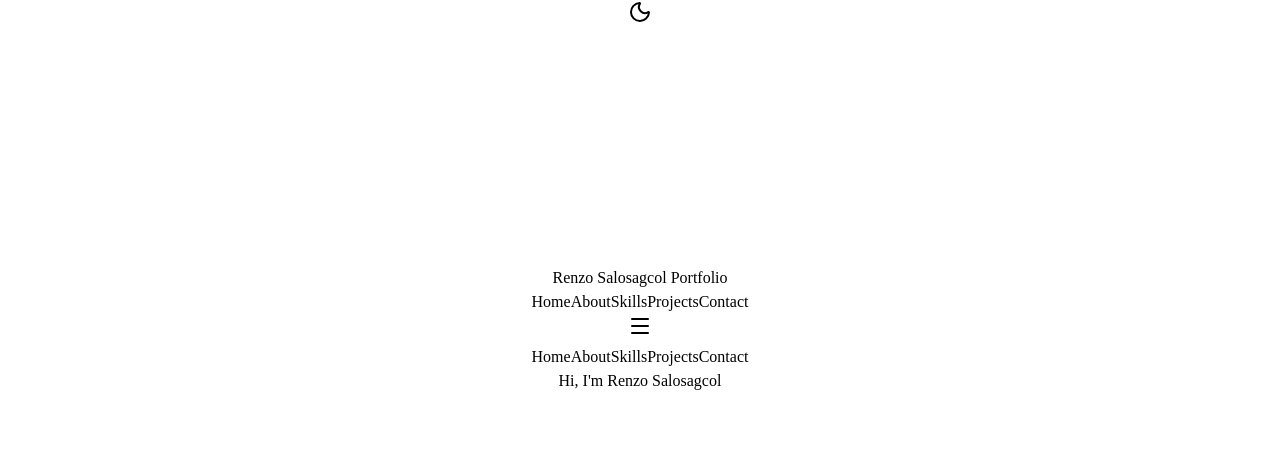
Repository: Renzo-Salosagcol/PERSONAL-PORTFOLIO
Page: /
An editor plug-in stored every save of this project. The page is shown before and after the next save, followed by the edit.
The browser window is 1280 px wide. The pictures show the whole page.
The project was rebuilt for these pictures with package versions that can differ from the ones it lists, and the page was loaded fresh each time. Also part of the build but not shown: vite.config.js, src/pages/notFound.jsx.

Above is the page before, as saved 2025-10-03 22:28:06.

### src/index.css
@import "tailwindcss";

@theme {
  --color-border: hsl(var(--border));
  --color-background: hsl(var(--background));
  --color-foreground: hsl(var(--foreground));

  --color-primary: hsl(var(--primary));
  --color-primary-foreground: hsl(var(--primary-foreground));

  --color-card: hsl(var(--card));

  --animate-float: float 6s ease-in-out infinite;
  --animate-pulse-subtle: pulse-subtle 4s ease-in-out infinite;
  --animate-fade-in: fade-in 0.7s ease-out forwards;
  --animate-fade-in-delay-1: fade-in 0.7s ease-out 0.2s forwards;
  --animate-fade-in-delay-2: fade-in 0.7s ease-out 0.4s forwards;
  --animate-fade-in-delay-3: fade-in 0.7s ease-out 0.6s forwards;
  --animate-fade-in-delay-4: fade-in 0.7s ease-out 0.8s forwards;
  --animate-meteor: meteor 5s linear infinite;
}

@keyframes float {
  0%,
  100% {
    transform: translateY(0);
  }
  50% {
    transform: translateY(-10px);
  }
}

@keyframes pulse-subtle {
  0%,
  50% {
    opacity: 0.8;
  }
  100% {
    opacity: 1;
  }
}

@keyframes fade-in {
  from {
    opacity: 0;
    transform: translateY(20px);
  }
  to {
    opacity: 1;
    transform: translateY(0);
  }
}

@keyframes meteor {
  0% {
    transform: rotate(215deg) translateX(0);
    opacity: 1;
  }
  70% {
    opacity: 1;
  }
  100% {
    transform: rotate(215deg) translateX(-500px) ;
    opacity: 0;
  }
}

@layer base {
  :root {
    --background: 210 40% 98%;
    --foreground: 222 47% 11%;

    --card: 0 0% 100%;

    --primary: 259 47% 60%;
    --primary-foreground: 210 40% 98%;

    --border: 214 32% 91%;
  }

  .dark {
    --background: 222 47% 4%;
    --foreground: 213 31% 91%;

    --card: 222 47% 8%;

    --primary: 250 65% 65%;
    --primary-foreground: 213 31% 91%;

    --border: 217 33
  }

    * {
      @apply border-border;
    }

    html {
      @apply scroll-smooth;
    }

    body {
      @apply bg-background text-foreground transition-colors duration-300;
      font-feature-settings: "rlig" 1, "calt" 1;
    }
}

@utility container {
  margin-inline: auto;
  padding-inline: 2rem;

  @media (width >= 640px) {
    max-width: 640px;
  }

  @media (width >= 768px) {
    max-width: 768px;
  }

  @media (width >= 1024px) {
    max-width: 1024px;
  }

  @media (width >= 1280px) {
    max-width: 1280px;
  }

  @media (width >= 1400px) {
    max-width: 1400px;
  }

}

@utility text-glow {
  @apply relative;
  text-shadow: 0 0 10px rgb(167, 139, 250, 0.5);
}

@utility card-hover {
  @apply transition-transform duration-300 hover:scale-[1.02] hover:shadow-lg;
}

@utility gradient-border {
  @apply relative rounded-md;
  background: linear-gradient(to right, hsl(var(--card)));
  background-clip: padding-box;
  border: 1px solid transparent;
}

@utility cosmic-button {
  @apply px-5 py-2 rounded-full bg-primary text-primary-foreground font-medium
  transition-all duration-300 hover:shadow-[0_0_10px_rgba(139,92,246,0.5)]
  hover:scale-105 active:scale-95;
}

@utility star {
  @apply absolute bg-white rounded-full;
  box-shadow: 0 0 10px 2px rgba(255, 255, 255, 0.4);
}

@utility meteor {
  @apply absolute bg-linear-to-r from-white to-transparent rounded-full;
  box-shadow: 0 0 10px 5px rgba(255, 255, 255, 0.3);
}

#root {
  max-width: 100%;
  margin: 0 auto;
  padding: 0;
  text-align: center;
}

### src/App.jsx
import { BrowserRouter, Routes, Route } from "react-router-dom"
import { Home } from "./pages/home"
import { NotFound } from "./pages/notFound"

function App() {
  return (
    <>
      <BrowserRouter>
        <Routes>
          <Route index element={<Home />} />
          <Route path="*" element={<NotFound />} />
        </Routes>
      </BrowserRouter>
    </>
  );
}

export default App

### src/pages/home.jsx
import { ThemeToggle } from "../components/ThemeToggle"
import { StarBackground } from "../components/StarBackground"
import { Navbar } from "../components/Navbar"
import { HeroSection } from "../components/HeroSection"


export const Home = () => {
  return (
    <div className="min-h-screen bg-background text-foreground overflow-x-hidden">
      {/* Theme Toggle */}
      <ThemeToggle />

      {/* Background Effects */}
      <StarBackground />

      {/* Navbar */}
      <Navbar />

      {/* Main Content */}
      <main>
        <HeroSection />
      </main>

      {/* Footer */}
    </div>
  )
}

### src/components/ThemeToggle.jsx
import { useState, useEffect } from "react"
import { Sun, Moon } from "lucide-react"
import { cn } from "@/lib/utils"

export const ThemeToggle = () => {
  const [isDark, setIsDark] = useState(false)

  useEffect(() => {
    const theme = localStorage.getItem("theme")
    if (theme) {
      setIsDark(theme === "dark")
      document.documentElement.classList.toggle("dark", theme === "dark")
    }
  }, [])

  const toggleTheme = () => {
    setIsDark(!isDark)
    document.documentElement.classList.toggle("dark", !isDark)
    localStorage.setItem("theme", !isDark ? "dark" : "light")
  }

  return (
    <button
      onClick={toggleTheme}
      className={cn("fixed max-sm:hidden top-5 right-5 z-50 p-2 rounded-full",
        "transition-color duration-300 focus:outline-hidden"
      )}
    >
      {isDark ? (
        <Sun className="h-6 w-6 text-yellow-300" />
      ) : (
        <Moon className="h-6 w-6 text-blue-900" />
      )}
    </button>

  )
}

### src/components/StarBackground.jsx
import { useState, useEffect } from "react"

// ID, Size, X, Y, Opacity, Animation Duration

export const StarBackground = () => {
  const [stars, setStars] = useState([])
  const [meteors, setMeteors] = useState([])

  useEffect(() => {
    generateStars()
    generateMeteors()

    const handleResize = () => {
      generateStars()
      generateMeteors()
    }

    window.addEventListener("resize", handleResize)
    return () => window.removeEventListener("resize", handleResize)
  }, [])

  const generateStars = () => {
    const numberOfStars = Math.floor(window.innerWidth * window.innerHeight / 10000)

    const newStars = []
    for (let i = 0; i < numberOfStars; i++) {
      newStars.push({
        id: i,
        size: Math.random() * 3 + 1,
        x: Math.random() * 100,
        y: Math.random() * 100,
        opacity: Math.random() * 0.5 + 0.5,
        animationDuration: Math.random() * 4 + 2
      })
    }

    setStars(newStars)
  }

  const generateMeteors = () => {
    const numberOfMeteors = 4
    const newMeteors = []

    for (let i = 0; i < numberOfMeteors; i++) {
      newMeteors.push({
        id: i,
        size: Math.random() * 2 + 1,
        x: Math.random() * 100,
        y: Math.random() * 20,
        delay: Math.random() * 15,
        animationDuration: Math.random() * 3 + 3
      })
    }

    setMeteors(newMeteors)
  }

  return (
    <div className="fixed inset-0 overflow-hidden pointer-events-none z-0">
      {stars.map((star) => (
        <div key={star.id} className="star animate-pulse-subtle" style={{
          width: `${star.size}px`,
          height: `${star.size}px`,
          top: `${star.y}%`,
          left: `${star.x}%`,
          opacity: star.opacity,
          animationDuration: `${star.animationDuration}s`
        }}/>
      ))}

      {meteors.map((meteor) => (
        <div key={meteor.id} className="meteor animate-meteor" style={{
          width: `${meteor.size * 50}px`,
          height: `${meteor.size * 2}px`,
          top: `${meteor.y}%`,
          left: `${meteor.x}%`,
          animationDelay: meteor.delay,
          animationDuration: `${meteor.animationDuration}s`
        }}/>
      ))}
    </div>
    )
}

### src/components/Navbar.jsx
import { useState, useEffect } from 'react'
import { cn } from '@/lib/utils'
import { Menu, X } from 'lucide-react'

const navItems = [
  { name: 'Home', href: '#home' },
  { name: 'About', href: '#about' },
  { name: 'Skills', href: '#skills' },
  { name: 'Projects', href: '#projects' },
  { name: 'Contact', href: '#contact' },
]

export const Navbar = () => {
  const [isScrolled, setIsScrolled] = useState(false)
  const [isMenuOpen, setIsMenuOpen] = useState(false)

  useEffect(() => {
    const handleScroll = () => {
      setIsScrolled(window.scrollY > 10)
    }

    window.addEventListener('scroll', handleScroll)
    return () => {
      window.removeEventListener('scroll', handleScroll)
    }
  }, [])

  return (
    <nav className={cn("fixed w-full z-40 transition-all duration-300",
      isScrolled ? "py-3 bg-background/80 backdrop-blur-md shadow-xs" : "py-5"
    )}>
      <div className="container flex items-center justify-between">
        <a className="text-xl font-bold text-primary flex items-center" href="#hero">
          <span className="relative z-10">
            <span className="text-glow text-foreground"> Renzo Salosagcol </span> Portfolio
          </span>
        </a>

        {/* Desktop Nav */}
        <div className="hidden md:flex space-x-8">
          {navItems.map((item) => (
            <a
              key={item.name}
              className="text-foreground/80 hover:text-primary transition-colors duration-300"
              href={item.href}
            >
              {item.name}
            </a>
          ))}
        </div>

        {/* Mobile Nav */}
        <button
          onClick={() => setIsMenuOpen((prev) => !prev)}
          className="md:hidden p-2 text-foreground z-50"
          aria-label={isMenuOpen}
        >
          {isMenuOpen ? <X size={24} /> : <Menu size={24} />}
        </button>

        <div className={cn("fixed inset-0 bg-background/95 backdrop-blur-md z-40 flex flex-col items-center justify-center",
          "transition-all duration 300 md:hidden",
          isMenuOpen ? "opacity-100 pointer-events-auto" : "opacity-0 pointer-events-none"
        )}>
          <div className="flex flex-col space-y-8 text-xl">
            {navItems.map((item) => (
              <a
                key={item.name}
                className="text-foreground/80 hover:text-primary transition-colors duration-300"
                href={item.href}
                onClick={() => setIsMenuOpen(false)}
              >
                {item.name}
              </a>
            ))}
          </div>
        </div>

      </div>
    </nav>
  )
}

### src/components/HeroSection.jsx


export const HeroSection = () => {
  return (
    <section id="hero" className="relative min-h-screen flex flex-col items-center justify-center px-4">
      <div className="container max-w-4xl auto text-center z-10">
        <div className="space-y-6">
          <h1 className="text-4xl md:text-6xl font-bold tracking-tight">
            <span className="opacity-0 animate-fade-in"> Hi, I'm</span>
            <span className="text-primary opacity-0 animate-fade-in-delay-1"> Renzo</span>
            <span className="text-gradient ml-2opacity-0 animate-fade-in-delay-2"> Salosagcol</span>
          </h1>

        </div>
      </div>
    </section>
  )
}

### src/lib/utils.js
import { clsx } from "clsx"
import { twMerge } from "tailwind-merge"

export const cn = (...inputs) => {
  return twMerge(clsx(...inputs))
}

Loaded but not shown: index.html (common file); src/main.jsx (common file)

After the next save:
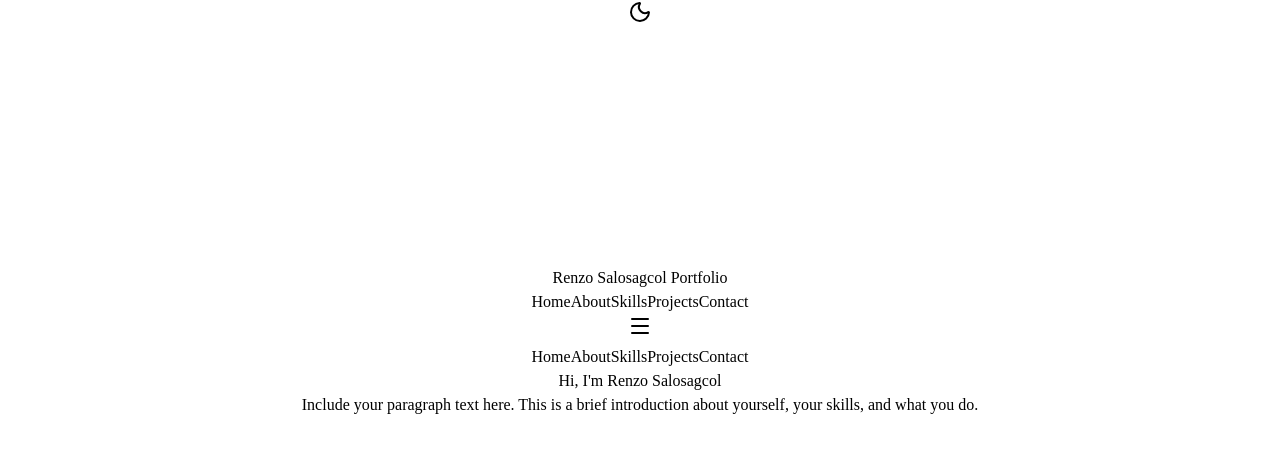
Saved 60 s later.
--- a/src/components/HeroSection.jsx
+++ b/src/components/HeroSection.jsx
@@ -10,7 +10,9 @@
             <span className="text-primary opacity-0 animate-fade-in-delay-1"> Renzo</span>
             <span className="text-gradient ml-2opacity-0 animate-fade-in-delay-2"> Salosagcol</span>
           </h1>
-
+          <p>
+            Include your paragraph text here. This is a brief introduction about yourself, your skills, and what you do.
+          </p>
         </div>
       </div>
     </section>
